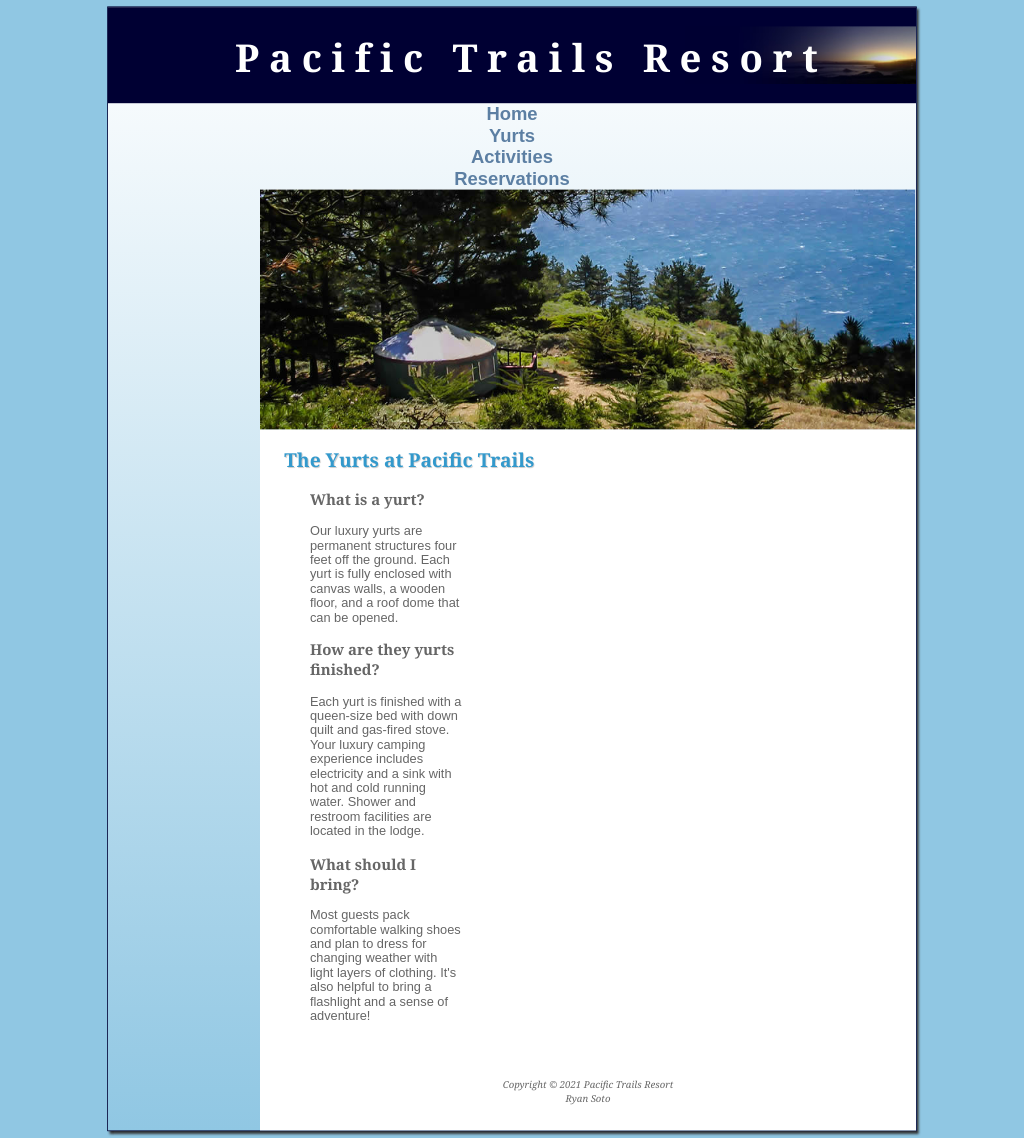
Repository: rsoto003/web-dev-152
Page: dist/assignments/chapter8/ch8pacific/yurts.html
These files come from the project's save history. The page is drawn as it stood at one moment and after the next save; the edit follows.
The browser window is 1280 px wide. The pictures show the whole page, at 80% of full size.
Some web libraries are served in a nearby version.

Above is the page before, as saved 2021-07-25 22:11:07.

After the next save:
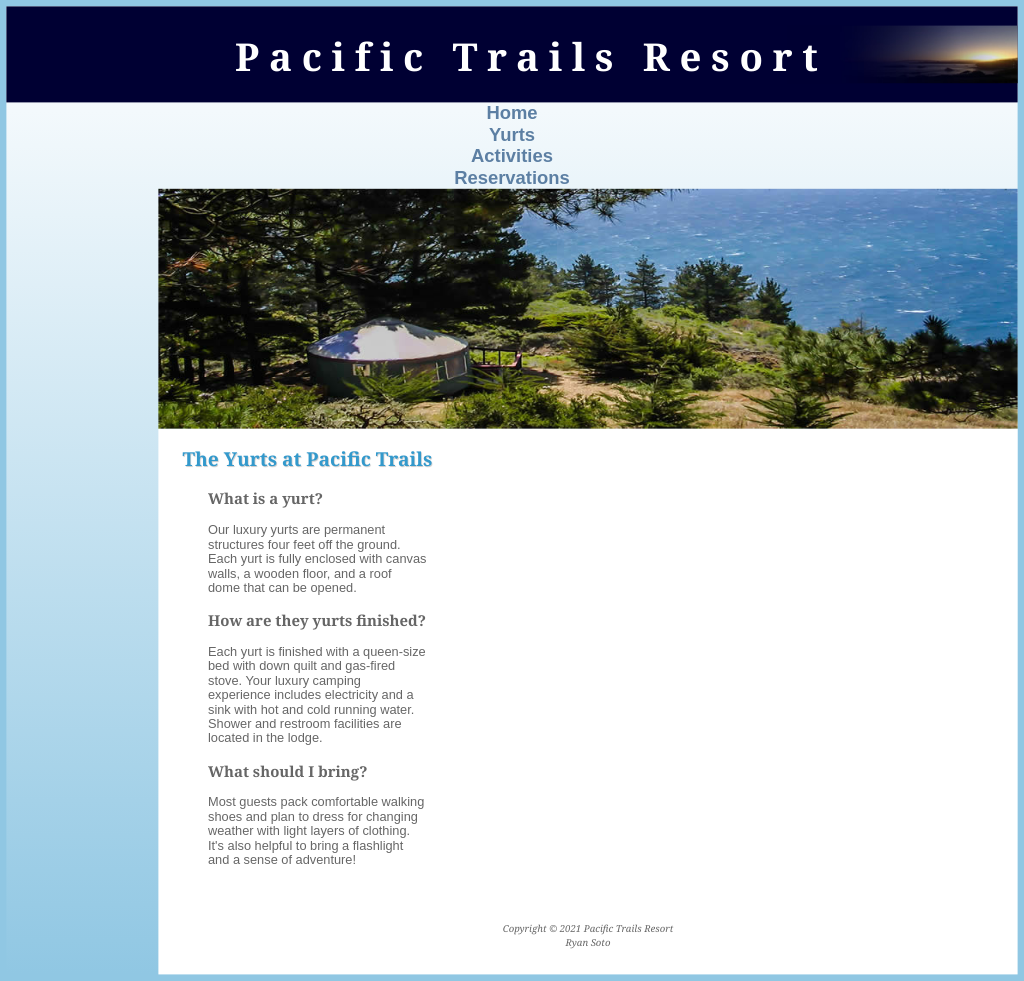
Saved 50 s later.
--- a/dist/assignments/chapter8/ch8pacific/pacific.css
+++ b/dist/assignments/chapter8/ch8pacific/pacific.css
@@ -10,12 +10,7 @@ body {
 #wrapper {
     background-image: linear-gradient(to bottom, #fff, #90c7e3);
     background-repeat: no-repeat;
-    border: 1px solid #003; /* bd */
-    box-shadow: 3px 3px 3px #333;
-    margin: auto;
-    min-width: 960px;
-    max-width: 2048px;
-    width: 80%;
+
 }
 
 header {
